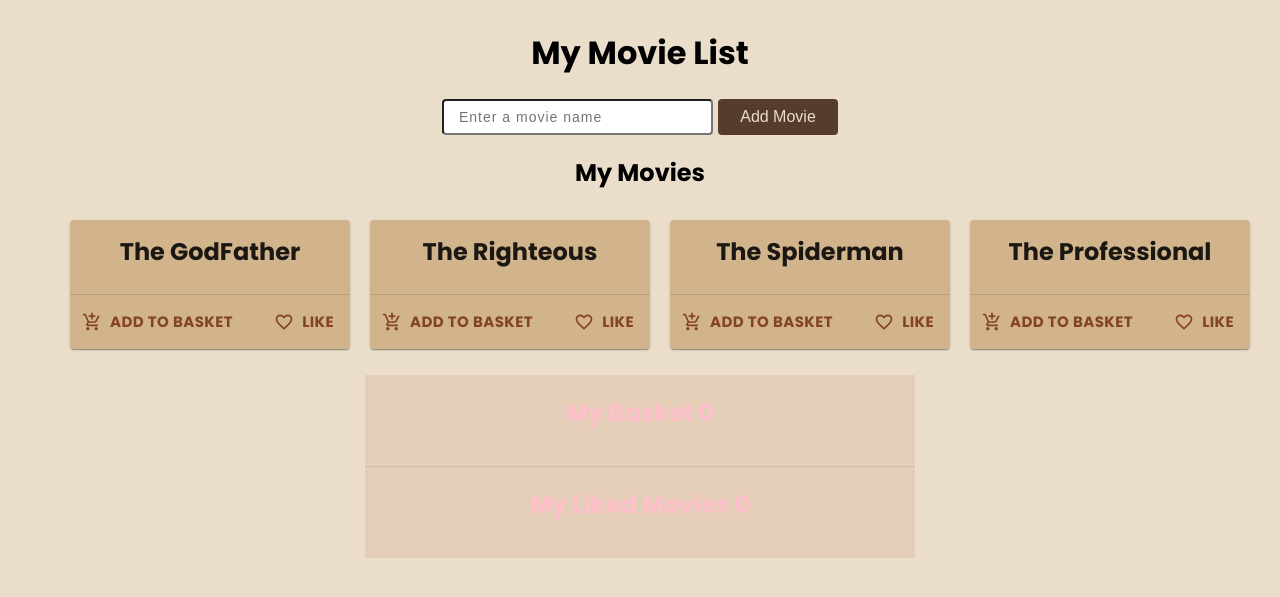
Repository: sinchana-p-iVoyant/redux-movie-store
Page: /
These files come from the project's save history. The page is drawn as it stood at one moment and after the next save; the edit follows.
The browser window is 1280 px wide. The pictures show the whole page.
The project was rebuilt for these pictures with package versions that can differ from the ones it lists, and the page was loaded fresh each time. Also part of the build but not shown: vite.config.ts.

Above is the page before, as saved 2024-02-15 13:23:07.

After the next save:
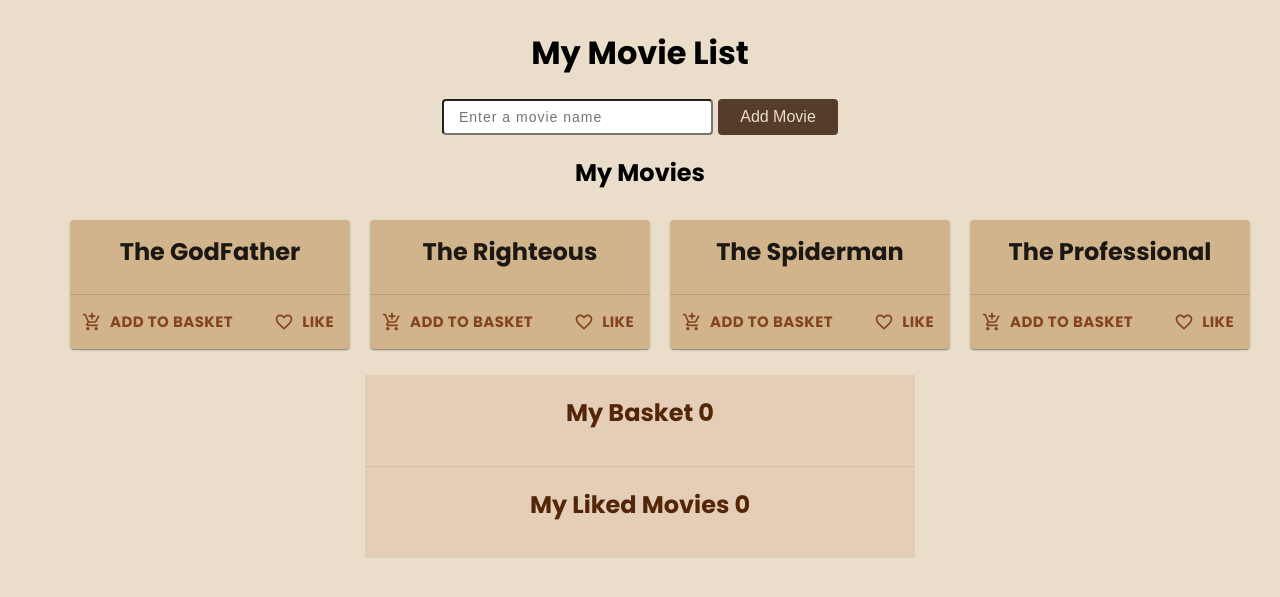
Saved 10 s later.
--- a/src/App.css
+++ b/src/App.css
@@ -86,7 +86,7 @@ input {
 }
 
 .basket-container>h2, .liked-container>h2 {
-  color: pink;
+  color: rgb(83, 38, 7);
 }
 
 .basket-container {
